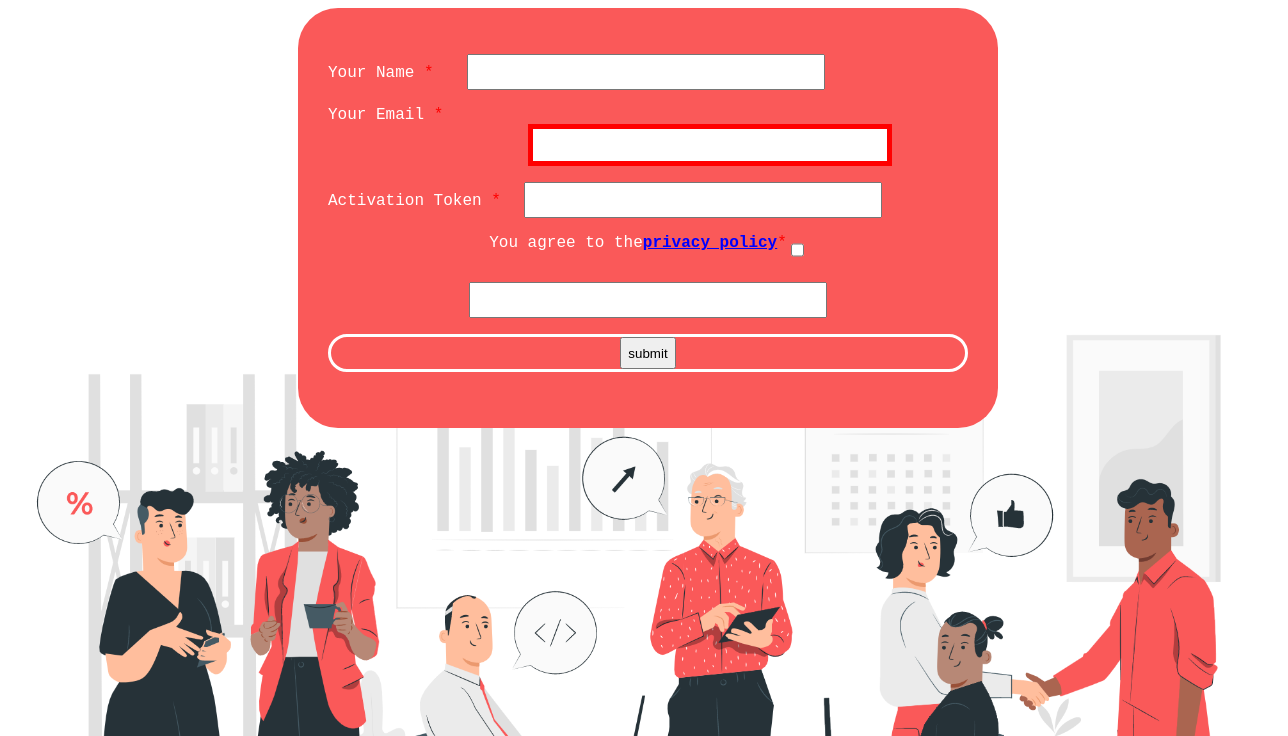
Repository: Rachael4life/Assignment-1
Page: starter-code/src/index.html
The author's editor kept a copy of each file at every save. The page is drawn from the files as they stood at one save, then again after the next save.
The browser window is 1280 px wide. The page is 1288 px wide, so the pictures cover 1288 px, including what lies to the right of the window. The pictures show the whole page.

Above is the page before, as saved 2022-02-28 06:19:01.

### starter-code/src/index.html
<!DOCTYPE html>
<html lang="en">
<head>
    <meta charset="UTF-8">
    <meta http-equiv="X-UA-Compatible" content="IE=edge">
    <meta name="viewport" content="width=device-width, initial-scale=1.0">
    <link rel="stylesheet" href="style.css">
    <link rel="preconnect" href="https://fonts.googleapis.com">
<link rel="preconnect" href="https://fonts.gstatic.com" crossorigin>
    <link href="https://fonts.googleapis.com/css2?family=Courier+Prime&display=swap" rel="stylesheet">
    <title>Assignment 1</title>
</head>
<body>
    <div id="ramyeon">
        <form class="kimchi">
            <div> <p></p>
                <label for="name">Your Name <span class="asteric">*</span></label>
                <input class="formgroup" type="text" name="name" id="name" placeholder="">
            </div>
            <div> <p></p>
                <label for="email">Your Email <span class="asteric">*</span> </label>
                <input class="formgroup" type="text" name="email" id="email" placeholder="">
            </div>
            <div> <p></p>
                <label for="password">Activation Token <span class="asteric">*</span> </label>
                <input class="formgroup" type="password" name="activation token" id="password" placeholder="">
            </div>
           <p></p>
            <div class="water"><p></p>
                You agree to the <a href="privacy policy" id="privacy"><b> privacy policy</a></b><span class="asteric">*</span> <input type="checkbox">
            </div>
            <p></p>
            <div id="validation"><p></p>
                <label for="validation"></label>
                <input type="text" class="formgroup">
            </div>
            <p></p>
            <div class="gogi"><p></p>
                <button type="button">submit</button>
            </div>
        </form>
    </div>
</body>
</html>

### starter-code/src/style.css
body {
    color: white;
    font-family: 'Courier Prime', monospace;
    width: 100vw;
    height: 100vh;
    background-image: url("img.png");
    background-size: cover;
    background-repeat: no-repeat;
    font-size: 16px;
}
form {
    background-color: #fa5959;
    font-size: 16px;
    width: 50%;
    height: 50%;
    padding: 30px;
    border-radius: 40px;
}
#name {
    margin-left: 24px;
    height: 30px;
    width: 350px;
}
#email {
    margin-left: 200px;
    height: 30px;
    width: 350px;
}
#password {
    margin-left: 14px;
    height: 30px;
    width: 350px;
}
#ramyeon {
    display: flex;
    justify-content: center;
    align-content: space-between;
    width: 100%;
    height: 100%;
    font-family: 'Courier New', Courier, monospace;
}
#validation {
    align-content: center;
    justify-content: center;
    display: flex;
}
.gogi {
    display: flex;
    justify-content: center;
    align-content:center;
    border-style: solid;
    border-radius: 30px;
    border-color: white;
    background: #fa5959;
    margin: auto;
    font-size: 16px;
    font-family: 'Courier Prime', Courier, monospace;
    font-weight: 500, 700;
    font: bolder;


}
.water {
    align-content: center;
    justify-content: center;
    display:flex;
}
.formgroup {
    width: 350px;
    height: 30px;
}
#email {
    border: 5px solid red;
}
.asteric {
    color: red;
}
#privacy {
    color: blue;
}

After the next save:
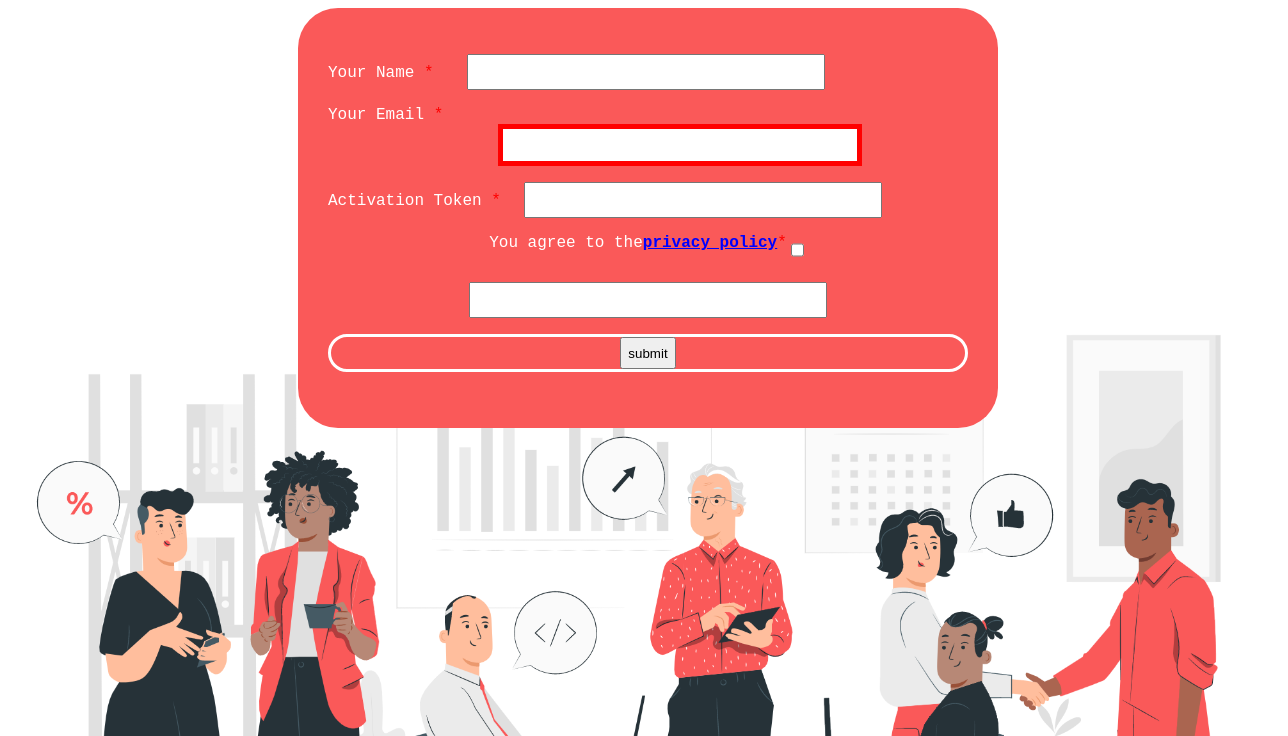
Saved 14 s later.
--- a/starter-code/src/style.css
+++ b/starter-code/src/style.css
@@ -22,7 +22,7 @@ form {
     width: 350px;
 }
 #email {
-    margin-left: 200px;
+    margin-left: 170px;
     height: 30px;
     width: 350px;
 }
